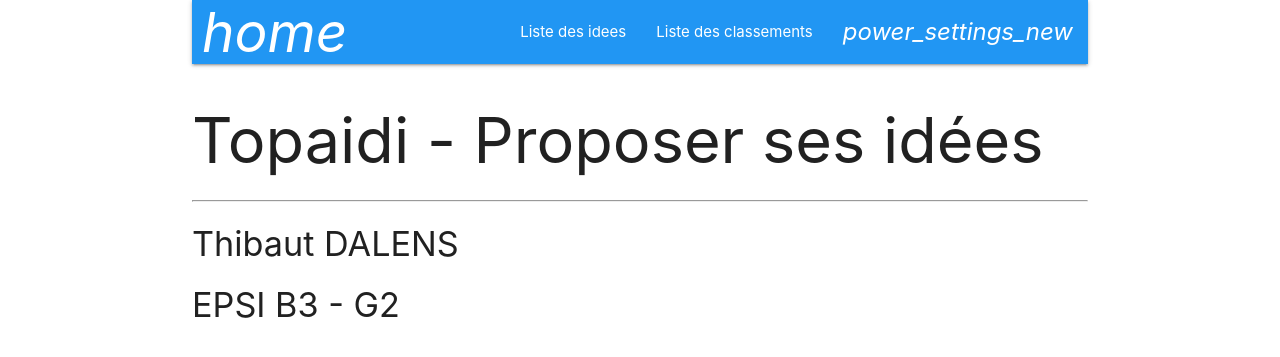
Repository: thdal/Atelier_JEE_16_02
Page: http://localhost/Atelier_JEE_16_02/WEB-INF/pages/PageHome.jsp
The author's editor kept a copy of each file at every save. The page is drawn from the files as they stood at one save, then again after the next save.
The browser window is 1280 px wide. The pictures show the whole page.
The page is served by Tomcat 9. Nobody is signed in. Other server files are loaded and not shown. The template is opened directly, without the code that normally fills it, so the values that code supplies are empty.

Above is the page before, as saved 2021-02-27 14:44:46.

### Atelier_JEE_16_02/src/main/webapp/WEB-INF/pages/PageHome.jsp
<%@ page language="java" contentType="text/html; charset=ISO-8859-1"
    pageEncoding="ISO-8859-1"%>
<!DOCTYPE html>
<html>
<head>
<meta charset="ISO-8859-1">
<title>Accueil</title>
    <link rel="stylesheet" href="https://cdnjs.cloudflare.com/ajax/libs/materialize/1.0.0/css/materialize.min.css">

</head>
<body>

<div class="container">
<%@include file="commons/MenuNavBar.jsp" %>
	<h1>Topaidi - Proposer ses idées</h1>
	<hr>
	<h4>Thibaut DALENS</h4>
	<h4>EPSI B3 - G2</h4>
</div>
    <script src="https://cdnjs.cloudflare.com/ajax/libs/materialize/1.0.0/js/materialize.min.js"></script>
</body>
</html>

### Atelier_JEE_16_02/src/main/webapp/WEB-INF/pages/commons/MenuNavBar.jsp
<head>
    <link rel="stylesheet" href="https://cdnjs.cloudflare.com/ajax/libs/materialize/1.0.0/css/materialize.min.css">
	  <link href="https://fonts.googleapis.com/icon?family=Material+Icons" rel="stylesheet">
	   <%@ taglib prefix="c" uri="http://java.sun.com/jsp/jstl/core" %>

</head>

 <nav class="blue">
    <div class="nav-wrapper">
      <a href="home" class="brand-logo"><i style="margin-left:10px; font-size:55px" class="large material-icons">home</i></a>
      <ul id="nav-mobile" class="right hide-on-med-and-down">
        <c:if test="${ sessionScope.Admin }">
        	<li><a href="user?action=list">Liste des utilisateurs</a></li>
    	</c:if>
        <li><a href="idees?action=list">Liste des idees</a></li>
        <li><a href="classements?action=list">Liste des classements</a></li>
        <li><a href="connexion"><i class="material-icons prefix">power_settings_new</i></a></li>

        <!-- <li><a href="users?action=list">Liste des utilisateurs</a></li>  -->
      </ul>
    </div>
  </nav>

    <script src="https://cdnjs.cloudflare.com/ajax/libs/materialize/1.0.0/js/materialize.min.js"></script>

After the next save:
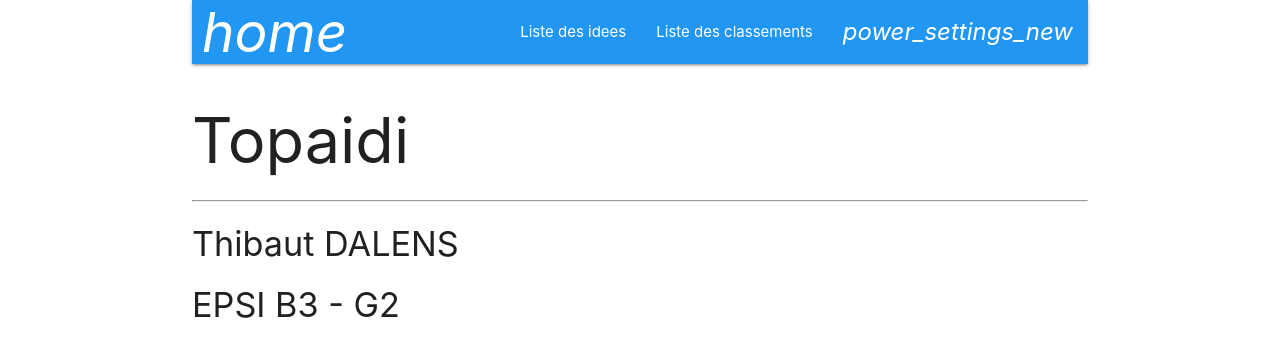
Saved 2 h 24 min later.
--- a/Atelier_JEE_16_02/src/main/webapp/WEB-INF/pages/PageHome.jsp
+++ b/Atelier_JEE_16_02/src/main/webapp/WEB-INF/pages/PageHome.jsp
@@ -12,7 +12,7 @@
 
 <div class="container">
 <%@include file="commons/MenuNavBar.jsp" %>
-	<h1>Topaidi - Proposer ses idées</h1>
+	<h1>Topaidi</h1>
 	<hr>
 	<h4>Thibaut DALENS</h4>
 	<h4>EPSI B3 - G2</h4>
